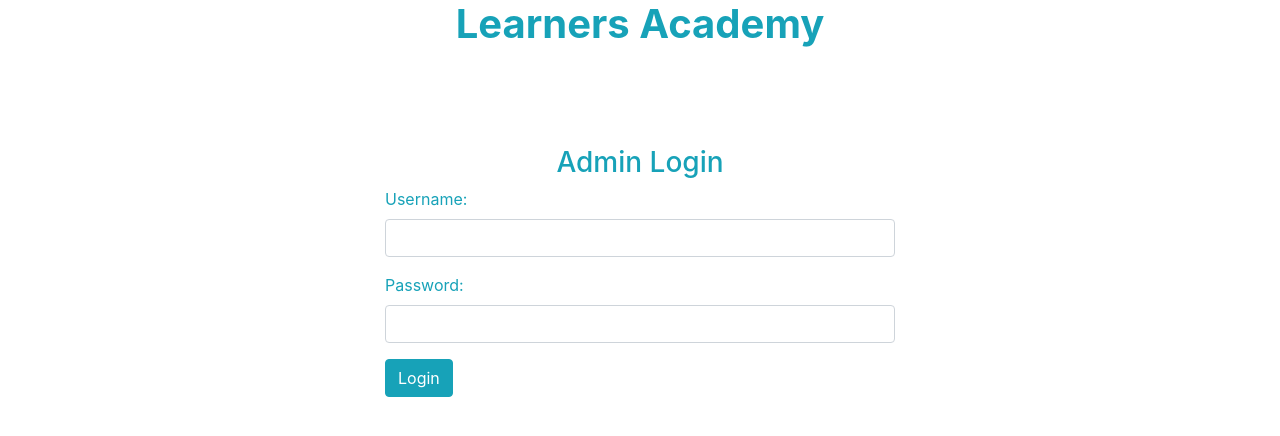
Repository: sindurup/Phase2Project
Page: http://localhost/LearnersAcademyPro/Login.jsp
An editor plug-in stored every save of this project. The page is shown before and after the next save, followed by the edit.
The browser window is 1280 px wide. The pictures show the whole page.
The page is served by Tomcat 9. Other server files are loaded and not shown.

Above is the page before, as saved 2021-09-28 06:36:10.

### LearnersAcademyPro/src/main/webapp/Login.jsp
<%@ page language="java" contentType="text/html; charset=ISO-8859-1"
    pageEncoding="ISO-8859-1"%>
<!DOCTYPE html>
<html>
<link href="//maxcdn.bootstrapcdn.com/bootstrap/4.1.1/css/bootstrap.min.css" rel="stylesheet" id="bootstrap-css">

<head>
<meta charset="ISO-8859-1">
<script type="text/javascript">
function required()
{
	var uname=document.login.username.value;
	var pw=document.login.password.value;

  if (uname == "")
   {
      alert("Please enter user name");
      document.login.username.focus();
      return false;
   }
  else if(pw == "")
  {
     alert("Please enter password");
     document.login.password.focus();
      return false;
   }
  else if ((uname.length<5)||(uname.length>15))
  {
     alert("Username of invalid length");
     document.login.username.focus();
     return false;
  }
  else if ((pw.length<7)||(pw.length>15))
  {
     alert("Password length should be 7 to 15 digits");
     document.login.password.focus();
     return false;
  }
  else
	  {
        return true;
	  }




 }


</script>
<title>Learners Academy</title>
</head>
<body>

 <h1 class="text-center text-info"><b>Learners Academy</b></h1>
    <div id="login">
        <h3 class="text-center text-white pt-5">Login form</h3>
        <div class="container">
            <div id="login-row" class="row justify-content-center align-items-center">
                <div id="login-column" class="col-md-6">
                    <div id="login-box" class="col-md-12">
                        <form id="login" name="login" class="form" action="login" method="post" onSubmit="return required();" >
                            <h3 class="text-center text-info">Admin Login</h3>
                            <div class="form-group">
                                <label for="username" class="text-info">Username:</label><br>
                                <input type="text" name="username" id="username" class="form-control">
                            </div>
                            <div class="form-group">
                                <label for="password" class="text-info">Password:</label><br>
                                <input type="password" name="password" id="password" class="form-control">
                            </div>
                            <div class="form-group">

                                <input type="submit" name="Login" class="btn btn-info btn-md" value="Login" onClick="return required();">
                            </div>

                        </form>
                    </div>
                </div>
            </div>
        </div>
    </div>
</body>
</html>

After the next save:
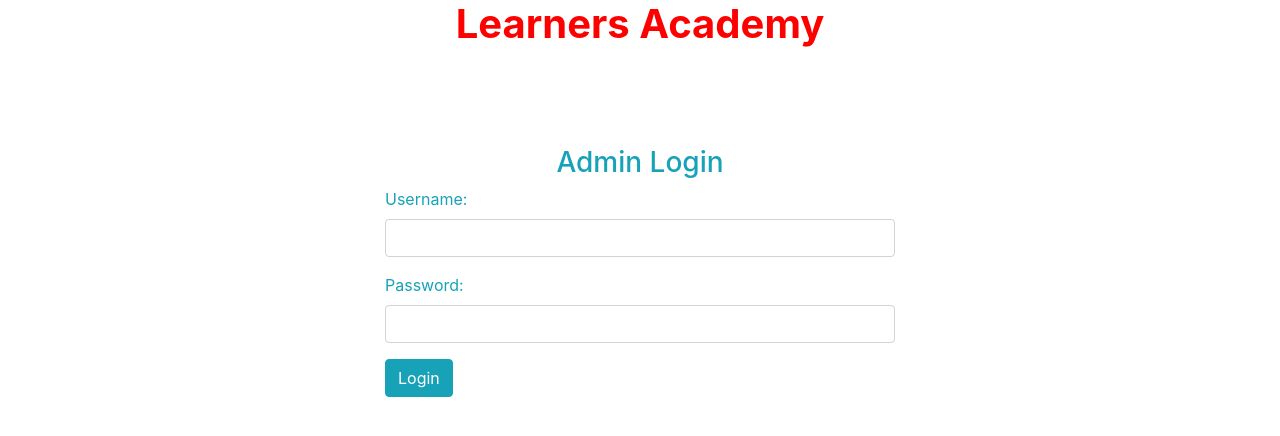
Saved 44 s later.
--- a/LearnersAcademyPro/src/main/webapp/Login.jsp
+++ b/LearnersAcademyPro/src/main/webapp/Login.jsp
@@ -52,7 +52,7 @@ function required()
 </head>
 <body>
 
- <h1 class="text-center text-info"><b>Learners Academy</b></h1>
+ <h1 class="text-center text-info"><font color="red"><b>Learners Academy</b></font></h1>
     <div id="login">
         <h3 class="text-center text-white pt-5">Login form</h3>
         <div class="container">
